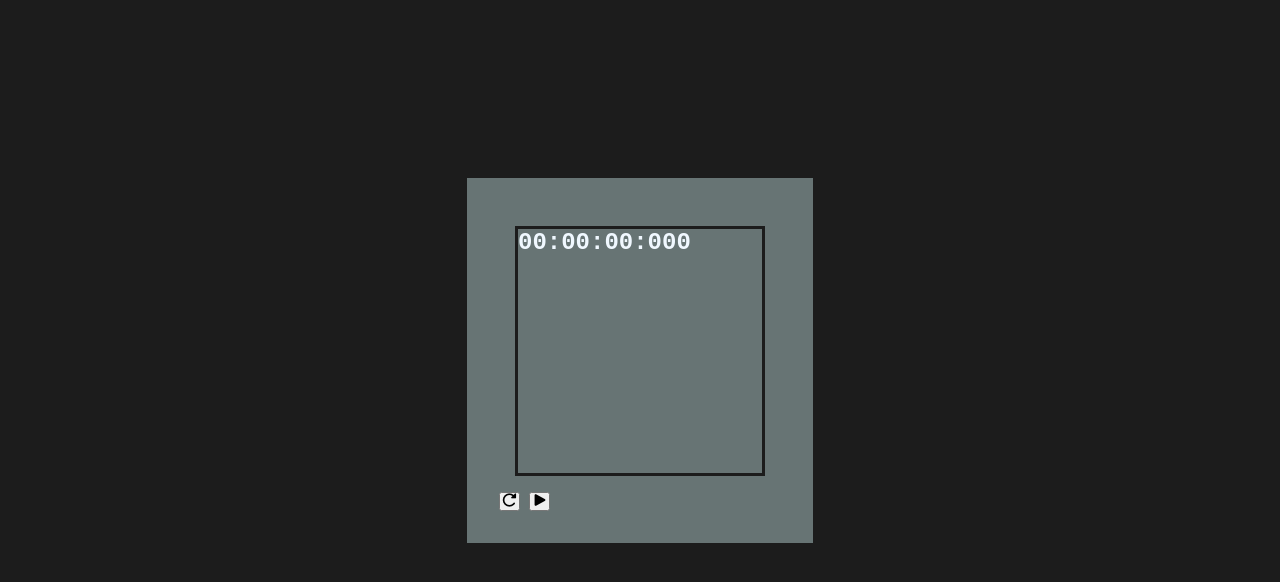
Repository: ValdemarCaculo/TEMPORIZADOR
Page: index.html
The author's editor kept a copy of each file at every save. The page is drawn from the files as they stood at one save, then again after a run of saves.
The browser window is 1280 px wide. The pictures show the whole page.
Some web libraries are served in a nearby version.

Above is the page before, as saved 2025-12-06 14:28:04.

### index.html
<!DOCTYPE html>
<html lang="en">

<head>
    <meta charset="UTF-8">
    <meta name="viewport" content="width=device-width, initial-scale=1.0">
    <link rel="stylesheet" href="/CSS/style.css">
    <link rel="stylesheet" href="https://cdnjs.cloudflare.com/ajax/libs/font-awesome/7.0.1/css/all.min.css"
        integrity="sha512-2SwdPD6INVrV/lHTZbO2nodKhrnDdJK9/kg2XD1r9uGqPo1cUbujc+IYdlYdEErWNu69gVcYgdxlmVmzTWnetw=="
        crossorigin="anonymous" referrerpolicy="no-referrer" />
    <title>Temporizador</title>
</head>

<body>
    <div class="contador">

        <h2 id="time">00:00:00:000</h2>

        <div class="content">

            <button id="reset">
                <i class="fa-solid fa-rotate-right"></i>
            </button>
            <button id="inicio" action="start">
                <i class="fa-solid fa-play">
                </i></button>

        </div>
    </div>



</body>

</html>

### CSS/style.css
* {
    margin: 0;
    padding: 0;
    box-sizing: border-box;
    font-family: 'Courier New', Courier, monospace;
}

body {
    height: 100vh;
    display: flex;
    background-color: #1c1c1c;
    color: aliceblue;
    align-items: center;
    justify-content: center;

}

.contador {
    padding: 2rem;
    background-color: #677474;
}

#time {
    background-color: #677474;
    width:250px;
    height: 250px;
    border: 3px solid #1c1c1c;
    margin: 1rem;
}

After the next 2 saves:
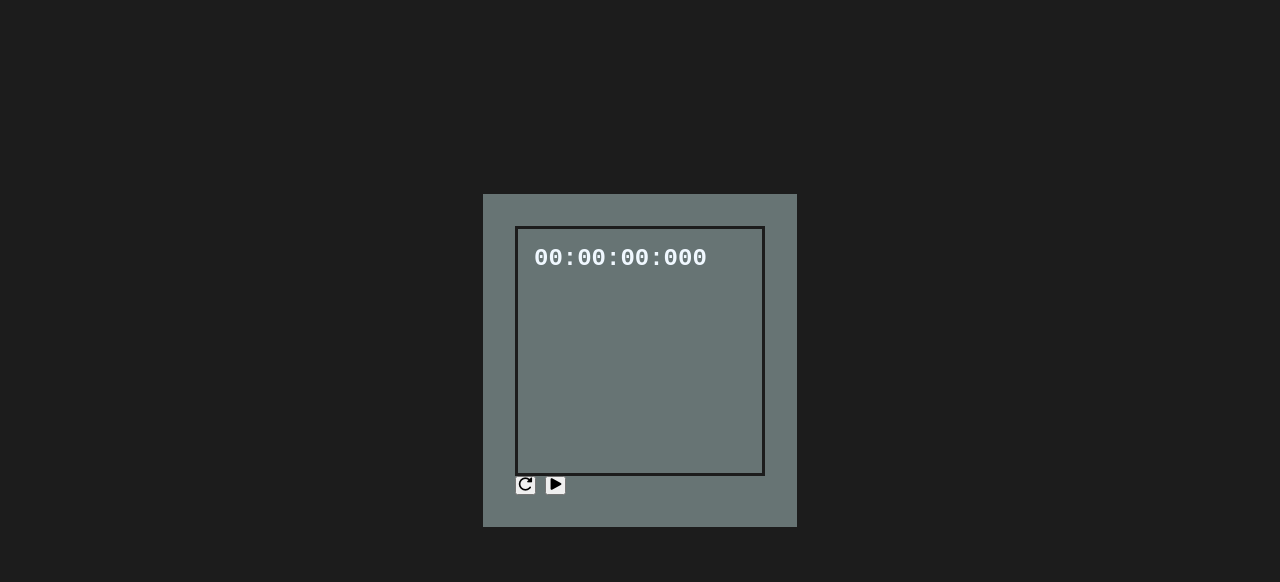
The 2 saves are shown as one change because they came seconds apart.
The last was saved 9 s later.
--- a/CSS/style.css
+++ b/CSS/style.css
@@ -25,5 +25,5 @@ body {
     width:250px;
     height: 250px;
     border: 3px solid #1c1c1c;
-    margin: 1rem;
+    padding: 1rem;
 }
